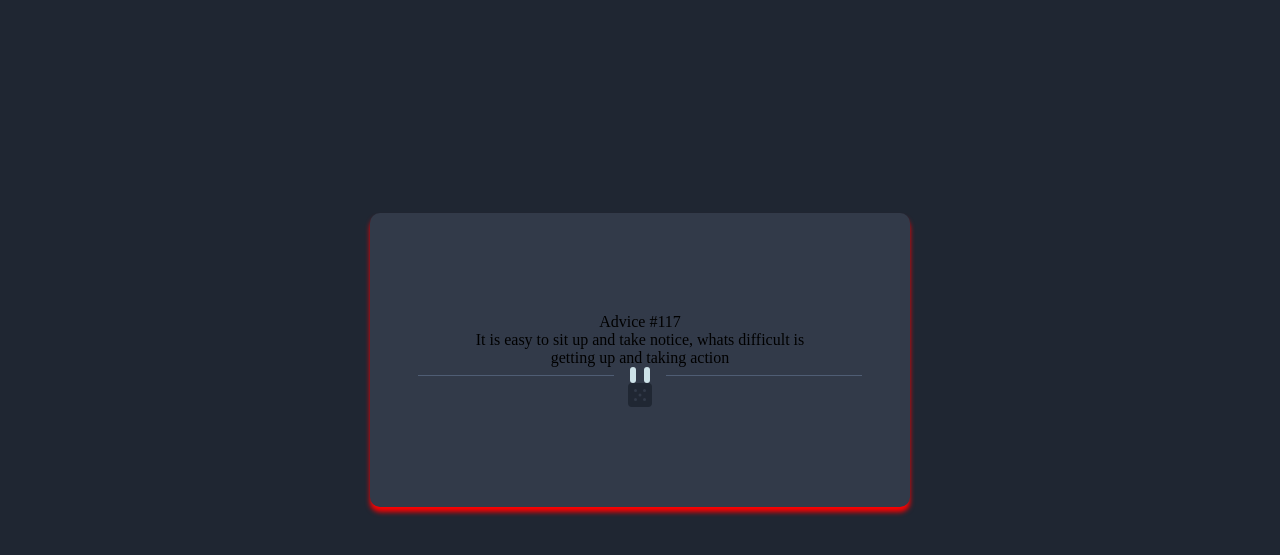
Repository: Arkitecth/advice-generator
Page: index.html
An editor plug-in stored every save of this project. The page is shown before and after the next save, followed by the edit.
The browser window is 1280 px wide. The pictures show the whole page.

Above is the page before, as saved 2023-07-12 17:28:20.

After the next save:
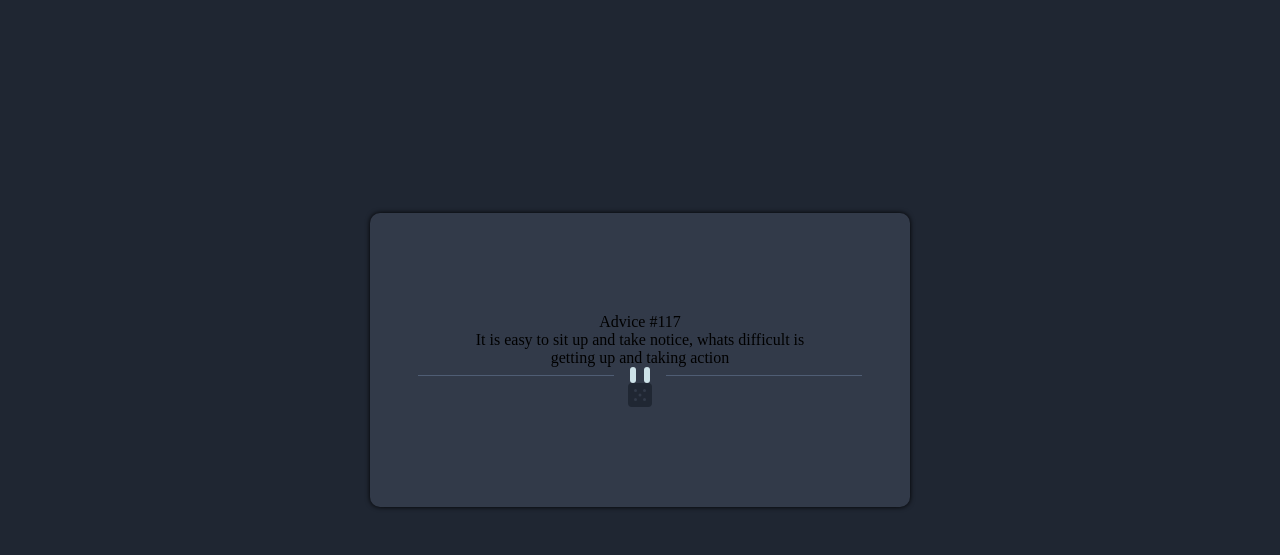
Saved 8 s later.
--- a/style.css
+++ b/style.css
@@ -26,7 +26,7 @@
     max-width: 540px;
     padding: 100px;
     border-radius: 10px;
-    box-shadow: 0px 5px 5px red;
+    box-shadow: 0px 0px 5px black;
     display: flex;
     flex-direction: column;
     align-items: center;
